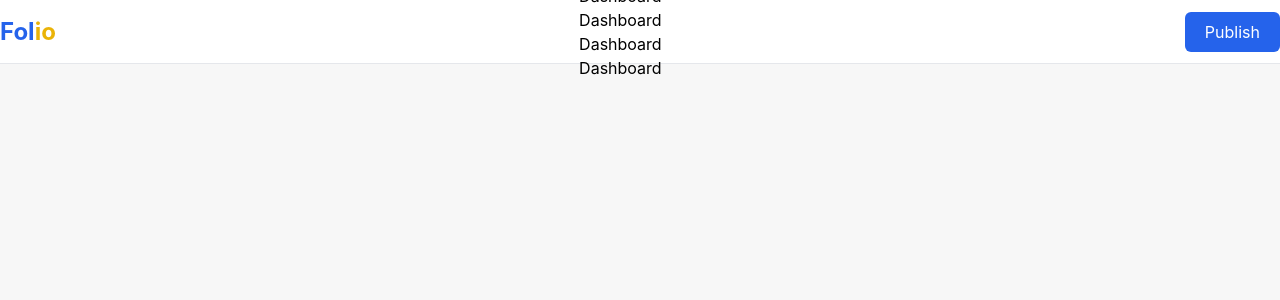
Repository: langford-dev/follio
Page: /
These files come from the project's save history. The page is drawn as it stood at one moment and after a run of saves; the edit follows.
The browser window is 1280 px wide. The pictures show the whole page.
The project was rebuilt for these pictures with package versions that can differ from the ones it lists, and the page was loaded fresh each time. The framework's server and built-in components were replaced by stand-ins that run in the browser. Also part of the build but not shown: next.config.js.

Above is the page before, as saved 2022-03-19 10:25:38.

After the next 2 saves:
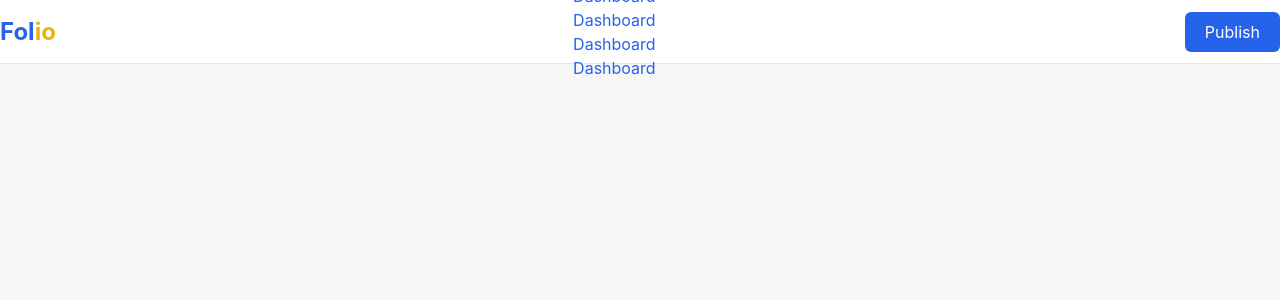
The 2 saves are shown as one change because they came seconds apart.
The last was saved 8 s later.
--- a/components/header.js
+++ b/components/header.js
@@ -14,10 +14,10 @@
         <div className="m-auto max-w-screen-xl h-full flex items-center justify-between">
             <Logo />
             <nav>
-                <Link passHref={true} href="/" className={styles.navLink}><p>Dashboard</p></Link>
-                <Link passHref={true} href="/" className={styles.navLink}><p>Dashboard</p></Link>
-                <Link passHref={true} href="/" className={styles.navLink}><p>Dashboard</p></Link>
-                <Link passHref={true} href="/" className={styles.navLink}><p>Dashboard</p></Link>
+                <Link passHref={true} href="/"><p className={styles.navLink}>Dashboard</p></Link>
+                <Link passHref={true} href="/"><p className={styles.navLink}>Dashboard</p></Link>
+                <Link passHref={true} href="/"><p className={styles.navLink}>Dashboard</p></Link>
+                <Link passHref={true} href="/"><p className={styles.navLink}>Dashboard</p></Link>
             </nav>
             <div className="bg bg-blue-600 text-white px-5 py-2 rounded-md cursor-pointer">Publish</div>
         </div>
